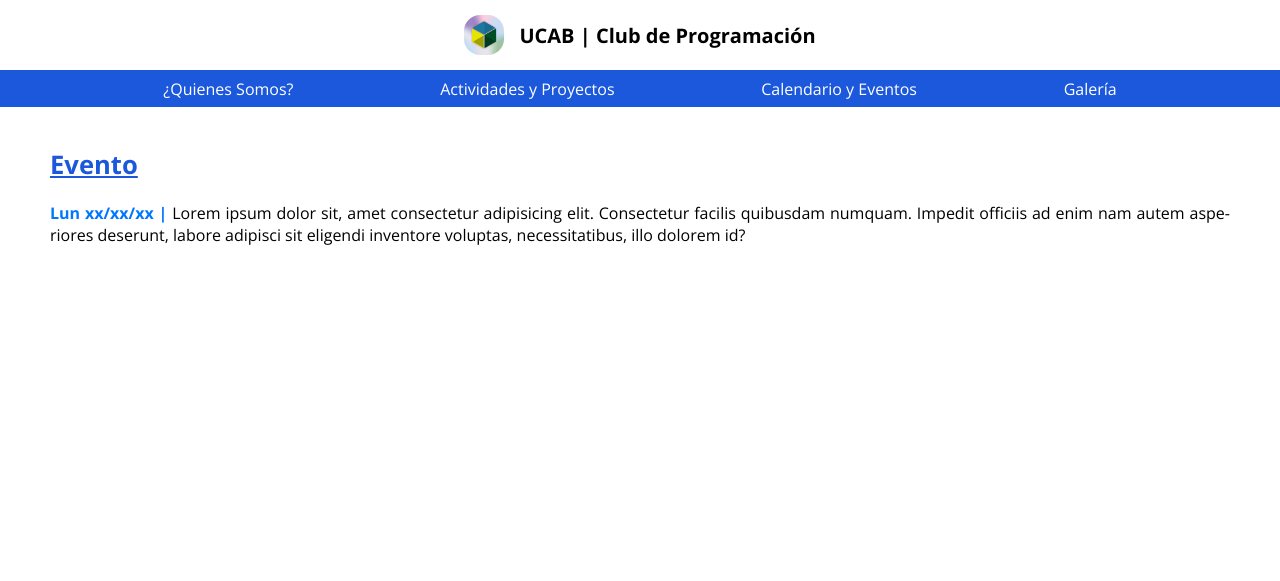
Repository: LuisR404/LandingPage
Page: Pages/CalendarioYEventos.html
These files come from the project's save history. The page is drawn as it stood at one moment and after the next save; the edit follows.
The browser window is 1280 px wide. The pictures show the whole page.

Above is the page before, as saved 2025-11-24 14:32:02.

### Pages/CalendarioYEventos.html
<!DOCTYPE html>
<html lang="es">
<head>
    <meta charset="UTF-8">
    <meta name="viewport" content="width=device-width, initial-scale=1.0">
    <link rel="stylesheet" href="../Styles/CommonStyles.css">   <!-- ESTILOS GENERALES -->
    <link rel="stylesheet" href="../Styles/CalendarioYEventos.css">     <!-- ESTILOS DE LA PÁGINA -->
    <title>Document</title>
</head>
<body>
    <!-- TITULO -->
    <section class="header">
        <img src="../resources/club_icon.jpg" alt="" id="header-logo">
        <h1>UCAB | Club de Programación</h1>
    </section>

    <!-- NAV BAR -->
    <nav class="header-nav">
        <ul>
            <li><a href="./QuienesSomos.html">¿Quienes Somos?</a></li>
            <li><a href="./ActividadesYProyectos.html">Actividades y Proyectos</a></li>
            <li><a href="./CalendarioYEventos.html">Calendario y Eventos</a></li>
            <li><a href="./Galeria.html">Galería</a></li>
        </ul>
    </nav>

    <section class="eventos">
        <div id="eventos-container">
            <div class="evento">
                <h2>Evento</h2>
                <p><b>Lun xx/xx/xx | </b>Lorem ipsum dolor sit, amet consectetur adipisicing elit. Consectetur facilis quibusdam numquam. Impedit officiis ad enim nam autem asperiores deserunt, labore adipisci sit eligendi inventore voluptas, necessitatibus, illo dolorem id?</p>
            </div>
        </div>
    </section>
</body>
</html>

### Styles/CommonStyles.css
/* ============ ESTILOS DE PAGINA ============ */
@import url('https://fonts.googleapis.com/css2?family=Open+Sans:wght@400;700&display=swap');

* {
    font-family: 'Open sans', sans-serif;
    margin: 0;
}

.item {
    border: 1px solid rgba(255, 255, 255, 0.25);
    box-sizing: border-box;
    box-shadow: inset 0px 0px 3.5px rgba(255, 255, 255, 0.5), 3px 5px 10px rgba(0, 0, 0, 0.4);
    /* box-shadow:  */
}

img {
    max-width: 100% ;
}

button:hover {
    cursor: pointer;
    scale: 110%;
}

/* ============ HEADER ============ */
.header {
    display: flex;
    justify-content: center;
    align-items: center;

    padding-top: 15px;
    padding-bottom: 15px;
}

.header h1 {  /* ------> titulo */
    font-size: clamp(17px, 4vw, 20px);
    white-space: nowrap;

    margin-left: 15px;
}

#header-logo {  /* ------> logo */
    width: clamp(32px, 7vw, 40px);
    height: clamp(32px, 7vw, 40px);

    border-radius: 40%;
}

/* ========== NAV BAR ========== */
.header-nav {
    display: flex;
    justify-content: center;

    padding-top: 7.5px;
    padding-bottom: 7.5px;


    background-color: #1C58DB;
}

.header-nav ul {  /* ------> lista */
    display: flex;
    flex-direction: row;
    justify-content: space-around;

    width: 1100px;

    padding: 0;

    list-style: none;
}

.header-nav ul li a {  /* ------> links */
    text-decoration: none;
    color: white;
}

### Styles/CalendarioYEventos.css
img {
    width: 150px;
}

.eventos {
    padding: 40px 50px;

    max-width: 100%;
}

.evento h2 {
    font-size: clamp(20px, 2vw, 30px);
    font-weight: 800;
    white-space: nowrap;
    text-decoration: underline;
    color: #1C58DB;
    margin-bottom: 20px;
}

.evento p {
    font-size: auto;

    justify-content: center;

    text-align: justify;
    hyphens: auto;
}

.evento b {
    color: #0077ffff;
    font-weight: 800;
}

.evento:hover {
    cursor: pointer;
}

After the next save:
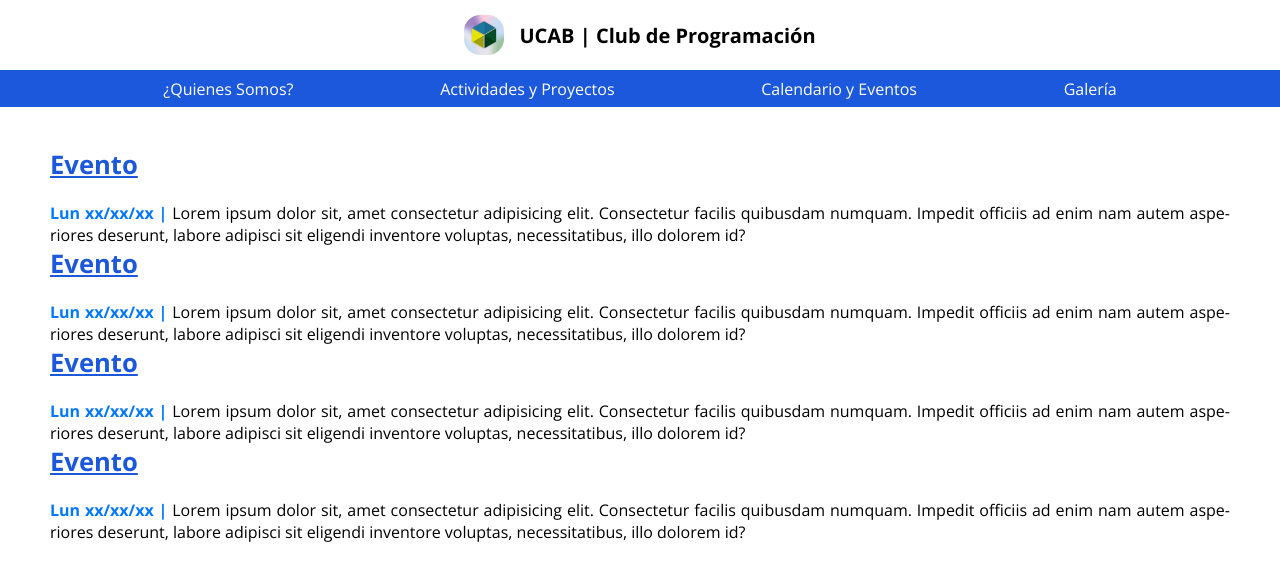
Saved 42 s later.
--- a/Pages/CalendarioYEventos.html
+++ b/Pages/CalendarioYEventos.html
@@ -30,6 +30,21 @@
                 <h2>Evento</h2>
                 <p><b>Lun xx/xx/xx | </b>Lorem ipsum dolor sit, amet consectetur adipisicing elit. Consectetur facilis quibusdam numquam. Impedit officiis ad enim nam autem asperiores deserunt, labore adipisci sit eligendi inventore voluptas, necessitatibus, illo dolorem id?</p>
             </div>
+
+            <div class="evento">
+                <h2>Evento</h2>
+                <p><b>Lun xx/xx/xx | </b>Lorem ipsum dolor sit, amet consectetur adipisicing elit. Consectetur facilis quibusdam numquam. Impedit officiis ad enim nam autem asperiores deserunt, labore adipisci sit eligendi inventore voluptas, necessitatibus, illo dolorem id?</p>
+            </div>
+
+            <div class="evento">
+                <h2>Evento</h2>
+                <p><b>Lun xx/xx/xx | </b>Lorem ipsum dolor sit, amet consectetur adipisicing elit. Consectetur facilis quibusdam numquam. Impedit officiis ad enim nam autem asperiores deserunt, labore adipisci sit eligendi inventore voluptas, necessitatibus, illo dolorem id?</p>
+            </div>
+
+            <div class="evento">
+                <h2>Evento</h2>
+                <p><b>Lun xx/xx/xx | </b>Lorem ipsum dolor sit, amet consectetur adipisicing elit. Consectetur facilis quibusdam numquam. Impedit officiis ad enim nam autem asperiores deserunt, labore adipisci sit eligendi inventore voluptas, necessitatibus, illo dolorem id?</p>
+            </div>
         </div>
     </section>
 </body>
